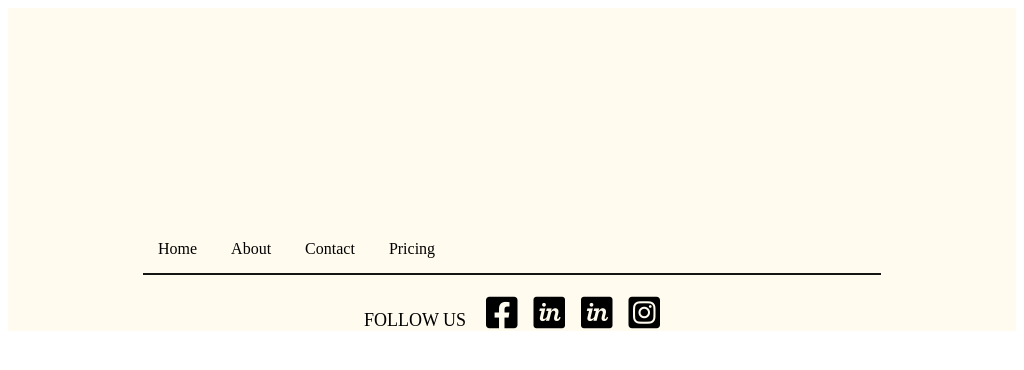
Repository: ngocphuocha/4lifeteam-marketing-agency
Page: index.html
These files come from the project's save history. The page is drawn as it stood at one moment and after the next save; the edit follows.
The browser window is 1024 px wide. The pictures show the whole page.

Above is the page before, as saved 2023-03-14 09:38:49.

After the next save:
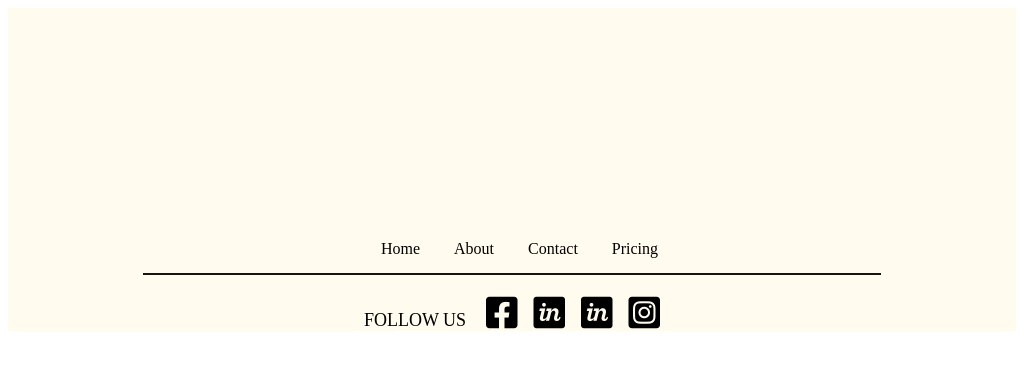
Saved 12 s later.
--- a/css/footer-service.css
+++ b/css/footer-service.css
@@ -57,4 +57,7 @@
     .background-footer .footer{
       justify-content: center;
     }
+    .background-footer .container{
+      justify-content: center;
+    }
   }
